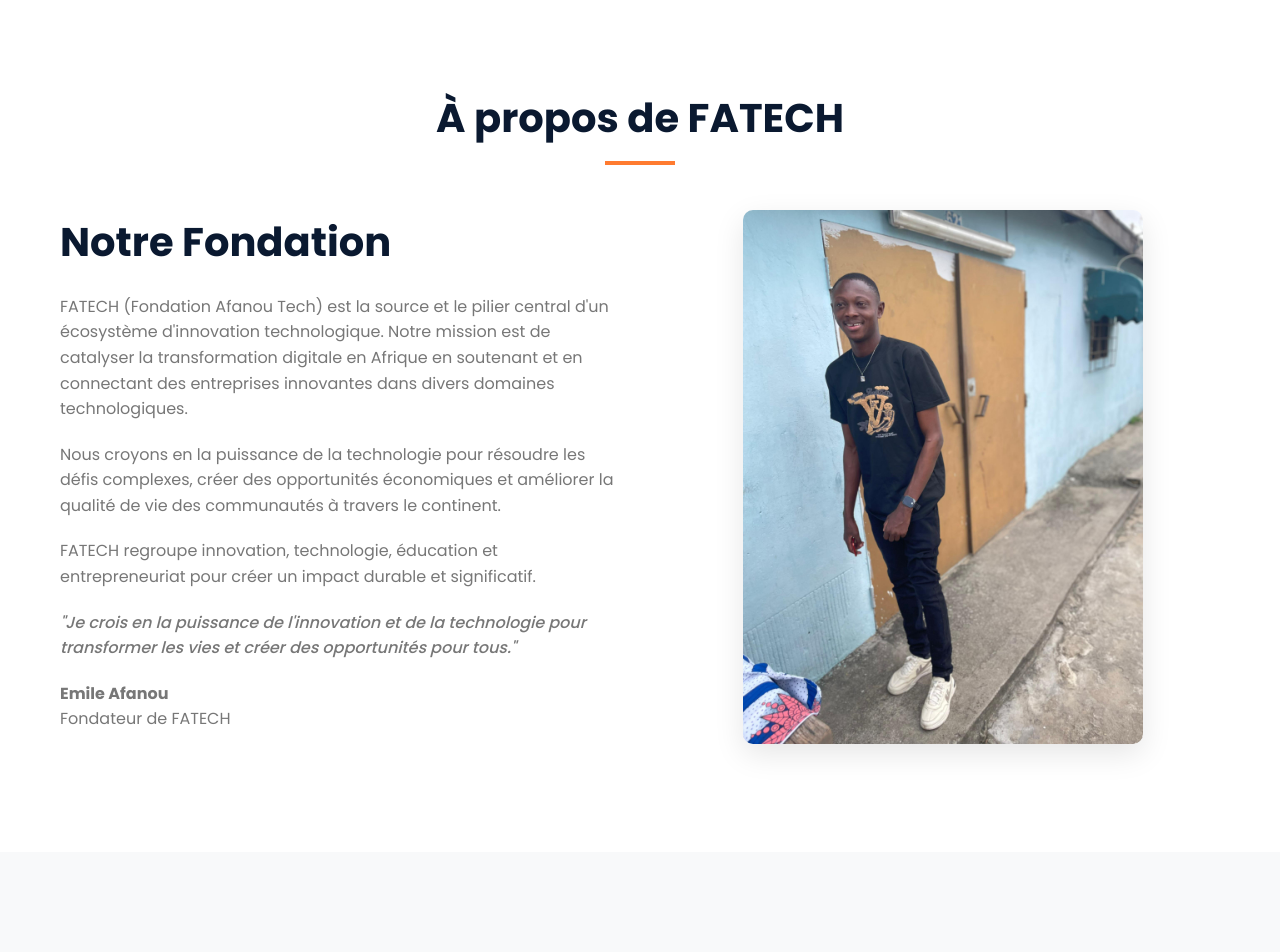
Repository: prestige225/fatech
Page: index.html
An editor plug-in stored every save of this project. The page is shown before and after the next save, followed by the edit.
The browser window is 1280 px wide. The pictures show the part of the page from y = 1931 to 2883 px (the page is 3796 px tall).
A picture or video elsewhere on the page could not be fetched, so the positions and the page height are approximate.

Above is the page before, as saved 2025-08-22 00:40:01.

### index.html


<!DOCTYPE html>
<html lang="fr">
<head>
    <meta charset="UTF-8">
    <meta name="viewport" content="width=device-width, initial-scale=1.0">
    <title>FATECH - Fondation Afanou Tech</title>
    <link rel="stylesheet" href="https://cdnjs.cloudflare.com/ajax/libs/font-awesome/6.4.0/css/all.min.css">
    <link href="https://fonts.googleapis.com/css2?family=Poppins:wght@300;400;500;600;700&display=swap" rel="stylesheet">
    <style>
        :root {
            --primary-blue: #0a1930;
            --secondary-blue: #162b4d;
            --accent-orange: #ff7b30;
            --light-bg: #f8f9fa;
            --white: #ffffff;
            --text-dark: #333;
            --text-light: #777;
        }

        * {
            margin: 0;
            padding: 0;
            box-sizing: border-box;
        }

        body {
            font-family: 'Poppins', sans-serif;
            line-height: 1.6;
            color: var(--text-dark);
            background-color: var(--light-bg);
        }

        a {
            text-decoration: none;
            color: inherit;
        }

        .container {
            width: 100%;
            max-width: 1200px;
            margin: 0 auto;
            padding: 0 20px;
        }

        /* Header */
        header {
            background: linear-gradient(rgba(10, 25, 48, 0.8), rgba(10, 25, 48, 0.8)), url('https://images.unsplash.com/photo-1518770660439-4636190af475?ixlib=rb-4.0.3') no-repeat center center/cover;
            color: var(--white);
            padding: 20px 0;
            position: fixed;
            width: 100%;
            top: 0;
            z-index: 1000;
            box-shadow: 0 2px 10px rgba(0, 0, 0, 0.1);
        }

        .header-container {
            display: flex;
            justify-content: space-between;
            align-items: center;
        }

        .logo {
            font-size: 1.8rem;
            font-weight: 700;
            display: flex;
            align-items: center;
        }

        .logo span {
            color: var(--accent-orange);
        }

        .nav-menu {
            display: flex;
            list-style: none;
        }

        .nav-menu li {
            margin-left: 30px;
        }

        .nav-menu a {
            font-weight: 500;
            transition: color 0.3s;
        }

        .nav-menu a:hover {
            color: var(--accent-orange);
        }

        .hamburger {
            display: none;
            cursor: pointer;
        }

        /* Hero Section */
        .hero {
            background: linear-gradient(rgba(10, 25, 48, 0.8), rgba(10, 25, 48, 0.8)), url('https://images.unsplash.com/photo-1517245386807-bb43f82c33c4?ixlib=rb-4.0.3') no-repeat center center/cover;
            height: 100vh;
            display: flex;
            align-items: center;
            color: var(--white);
            text-align: center;
            padding-top: 80px;
        }

        .hero-content {
            max-width: 800px;
            margin: 0 auto;
        }

        .hero h1 {
            font-size: 3.5rem;
            margin-bottom: 20px;
            animation: fadeInUp 1s ease;
        }

        .hero p {
            font-size: 1.2rem;
            margin-bottom: 30px;
            animation: fadeInUp 1.5s ease;
        }

        .btn {
            display: inline-block;
            background: var(--accent-orange);
            color: var(--white);
            padding: 12px 30px;
            border-radius: 30px;
            font-weight: 500;
            transition: all 0.3s;
            border: none;
            cursor: pointer;
            font-size: 1rem;
        }

        .btn:hover {
            background: #e56a20;
            transform: translateY(-3px);
            box-shadow: 0 10px 20px rgba(0, 0, 0, 0.1);
        }

        /* Section Titles */
        .section-title {
            text-align: center;
            margin-bottom: 60px;
            position: relative;
        }

        .section-title h2 {
            font-size: 2.5rem;
            color: var(--primary-blue);
            margin-bottom: 15px;
        }

        .section-title:after {
            content: '';
            position: absolute;
            bottom: -15px;
            left: 50%;
            transform: translateX(-50%);
            width: 70px;
            height: 4px;
            background: var(--accent-orange);
        }

        /* Companies Section */
        .companies {
            padding: 100px 0;
        }

        .companies-grid {
            display: grid;
            grid-template-columns: repeat(auto-fit, minmax(300px, 1fr));
            gap: 30px;
        }

        .company-card {
            background: var(--white);
            border-radius: 10px;
            overflow: hidden;
            box-shadow: 0 5px 15px rgba(0, 0, 0, 0.05);
            transition: transform 0.3s, box-shadow 0.3s;
            opacity: 0;
            transform: translateY(20px);
        }

        .company-card.visible {
            opacity: 1;
            transform: translateY(0);
        }

        .company-card:hover {
            transform: translateY(-10px);
            box-shadow: 0 15px 30px rgba(0, 0, 0, 0.1);
        }

        .company-logo {
            height: 150px;
            display: flex;
            align-items: center;
            justify-content: center;
            background: var(--light-bg);
            padding: 20px;
        }

        .company-logo img {
            max-width: 100%;
            max-height: 80px;
        }

        .company-info {
            padding: 25px;
        }

        .company-info h3 {
            font-size: 1.5rem;
            margin-bottom: 15px;
            color: var(--primary-blue);
        }

        .company-info p {
            color: var(--text-light);
            margin-bottom: 20px;
        }

        .company-btn {
            background: var(--primary-blue);
            color: var(--white);
            padding: 10px 20px;
            border-radius: 5px;
            transition: background 0.3s;
            display: inline-block;
        }

        .company-btn:hover {
            background: var(--secondary-blue);
        }

        /* About Section */
        .about {
            padding: 100px 0;
            background: var(--white);
        }

        .about-content {
            display: flex;
            align-items: center;
            gap: 50px;
        }

        .about-text {
            flex: 1;
        }

        .about-text h2 {
            font-size: 2.5rem;
            color: var(--primary-blue);
            margin-bottom: 20px;
        }

        .about-text p {
            margin-bottom: 20px;
            color: var(--text-light);
        }

        .signature {
            font-style: italic;
            color: var(--accent-orange);
            font-weight: 500;
            margin-top: 20px;
        }

        .about-image {
            flex: 1;
            text-align: center;
        }

        .about-image img {
            width: 100%;
            max-width: 400px;
            border-radius: 10px;
            box-shadow: 0 10px 30px rgba(0, 0, 0, 0.1);
        }

        /* Contact Section */
        .contact {
            padding: 100px 0;
            background: var(--light-bg);
        }

        .contact-form {
            max-width: 600px;
            margin: 0 auto;
            background: var(--white);
            padding: 40px;
            border-radius: 10px;
            box-shadow: 0 5px 15px rgba(0, 0, 0, 0.05);
        }

        .form-group {
            margin-bottom: 20px;
        }

        .form-group label {
            display: block;
            margin-bottom: 5px;
            color: var(--primary-blue);
            font-weight: 500;
        }

        .form-group input,
        .form-group textarea {
            width: 100%;
            padding: 12px 15px;
            border: 1px solid #ddd;
            border-radius: 5px;
            font-family: 'Poppins', sans-serif;
            font-size: 1rem;
        }

        .form-group textarea {
            min-height: 150px;
            resize: vertical;
        }

        .social-icons {
            display: flex;
            justify-content: center;
            margin-top: 30px;
            gap: 20px;
        }

        .social-icons a {
            display: flex;
            align-items: center;
            justify-content: center;
            width: 40px;
            height: 40px;
            background: var(--primary-blue);
            color: var(--white);
            border-radius: 50%;
            transition: all 0.3s;
        }

        .social-icons a:hover {
            background: var(--accent-orange);
            transform: translateY(-5px);
        }

        /* Footer */
        footer {
            background: var(--primary-blue);
            color: var(--white);
            padding: 30px 0;
            text-align: center;
        }

        /* Animations */
        @keyframes fadeInUp {
            from {
                opacity: 0;
                transform: translateY(20px);
            }
            to {
                opacity: 1;
                transform: translateY(0);
            }
        }

        /* Responsive Design */
        @media (max-width: 992px) {
            .about-content {
                flex-direction: column-reverse;
            }

            .about-image {
                margin-bottom: 30px;
            }

            .hero h1 {
                font-size: 2.8rem;
            }
        }

        @media (max-width: 768px) {
            .hamburger {
                display: block;
                font-size: 1.5rem;
            }

            .nav-menu {
                position: fixed;
                top: 80px;
                left: -100%;
                flex-direction: column;
                background: var(--primary-blue);
                width: 100%;
                height: calc(100vh - 80px);
                padding: 50px 0;
                transition: left 0.3s;
                z-index: 999;
            }

            .nav-menu.active {
                left: 0;
            }

            .nav-menu li {
                margin: 20px 0;
                text-align: center;
            }

            .hero h1 {
                font-size: 2.2rem;
            }

            .hero p {
                font-size: 1rem;
            }

            .section-title h2 {
                font-size: 2rem;
            }
        }

        @media (max-width: 576px) {
            .hero h1 {
                font-size: 1.8rem;
            }

            .btn {
                padding: 10px 20px;
            }

            .contact-form {
                padding: 20px;
            }
        }
    </style>
</head>
<body>
    <!-- Header -->
    <header>
        <div class="container header-container">
            <a href="#" class="logo">FA<span>TECH</span></a>
            <div class="hamburger">
                <i class="fas fa-bars"></i>
            </div>
            <ul class="nav-menu">
                <li><a href="#">Accueil</a></li>
                <li><a href="#about">À propos</a></li>
                <li><a href="#companies">Entreprises</a></li>
                <li><a href="#contact">Contact</a></li>
            </ul>
        </div>
    </header>

    <!-- Hero Section -->
    <section class="hero">
        <div class="container hero-content">
            <h1>FATECH – La source d'innovation et d'opportunités</h1>
            <p>Une fondation qui inspire et connecte toutes ses entreprises</p>
            <a href="#companies" class="btn">Découvrir nos entreprises</a>
        </div>
    </section>

    <!-- Companies Section -->
    <section id="companies" class="companies">
        <div class="container">
            <div class="section-title">
                <h2>Nos entreprises</h2>
            </div>
            <div class="companies-grid">
                <!-- Prestige Shop Express -->
                <div class="company-card">
                    <div class="company-logo">
                        <img src="images/montrant-panier-chariot-shopping-en-ligne-signe-graphique.jpg" alt="Prestige Shop Express">
                    </div>
                    <div class="company-info">
                        <h3>Prestige Shop Express</h3>
                        <p>Plateforme e-commerce moderne offrant une expérience d'achat en ligne exceptionnelle avec des produits de qualité et une livraison rapide.</p>
                        <a href="https://prestige-shop-express.onrender.com" target="_blank" class="company-btn">Visiter</a>
                    </div>
                </div>

                <!-- Afritech -->
                <div class="company-card">
                    <div class="company-logo">
                        <img src="images/concept-de-controle-qualite-standard-m.jpg" alt="Afritech">
                    </div>
                    <div class="company-info">
                        <h3>Afritech</h3>
                        <p>Solutions digitales et technologiques innovantes pour transformer les défis africains en opportunités grâce à la technologie.</p>
                        <a href="https://afritech.onrender.com" target="_blank" class="company-btn">Visiter</a>
                    </div>
                </div>

                <!-- Future Company 1 -->
                <div class="company-card">
                    <div class="company-logo">
                        <img src="images/chercheuse-biochimiste-africaine-verifiant-les-manifestations-du-vaccin-travaillant-dans-un-laboratoire-moderne-equipe-medecins-multiethniques-examinant-l-evolution-du-virus-a-l-aide-d-un-diagnostic-de-rech.jpg" alt="Entreprise Future">
                    </div>
                    <div class="company-info">
                        <h3>Innovation Lab</h3>
                        <p>Centre de recherche et développement dédié à l'exploration des technologies émergentes et à la création de solutions innovantes.</p>
                        <a href="#" class="company-btn">Bientôt disponible</a>
                    </div>
                </div>

                <!-- Future Company 2 -->
                <div class="company-card">
                    <div class="company-logo">
                        <img src="images/portrait-d-un-professeur-au-travail-dans-le-systeme-educatif.jpg" alt="Entreprise Future">
                    </div>
                    <div class="company-info">
                        <h3>Tech Academy</h3>
                        <p>Programme de formation d'excellence visant à développer les talents technologiques de demain à travers l'Afrique.</p>
                        <a href="#" class="company-btn">Bientôt disponible</a>
                    </div>
                </div>

                <!-- Future Company 3 -->
                <div class="company-card">
                    <div class="company-logo">
                        <img src="images/plant-growing-from-soil.jpg" alt="Entreprise Future">
                    </div>
                    <div class="company-info">
                        <h3>GreenTech Solutions</h3>
                        <p>Entreprise dédiée au développement de technologies durables et respectueuses de l'environnement pour un avenir meilleur.</p>
                        <a href="#" class="company-btn">Bientôt disponible</a>
                    </div>
                </div>

                <!-- Future Company 4 -->
                <div class="company-card">
                    <div class="company-logo">
                        <img src="images/medium-shot-student-with-smartphone.jpg" alt="Entreprise Future">
                    </div>
                    <div class="company-info">
                        <h3>AfriConnect</h3>
                        <p>Plateforme de connectivité visant à réduire la fracture numérique en Afrique grâce à des solutions internet innovantes et accessibles.</p>
                        <a href="#" class="company-btn">Bientôt disponible</a>
                    </div>
                </div>
            </div>
        </div>
    </section>

    <!-- About Section -->
    <section id="about" class="about">
        <div class="container">
            <div class="section-title">
                <h2>À propos de FATECH</h2>
            </div>
            <div class="about-content">
                <div class="about-text">
                    <h2>Notre Fondation</h2>
                    <p>FATECH (Fondation Afanou Tech) est la source et le pilier central d'un écosystème d'innovation technologique. Notre mission est de catalyser la transformation digitale en Afrique en soutenant et en connectant des entreprises innovantes dans divers domaines technologiques.</p>
                    <p>Nous croyons en la puissance de la technologie pour résoudre les défis complexes, créer des opportunités économiques et améliorer la qualité de vie des communautés à travers le continent.</p>
                    <p>FATECH regroupe innovation, technologie, éducation et entrepreneuriat pour créer un impact durable et significatif.</p>
                    <p class="signature">"Je crois en la puissance de l'innovation et de la technologie pour transformer les vies et créer des opportunités pour tous."</p>
                    <p><strong>Emile Afanou</strong><br>Fondateur de FATECH</p>
                </div>
                <div class="about-image">
                    <img src="images/emile.jpg" alt="Emile Afanou - Fondateur de FATECH">
                </div>
            </div>
        </div>
    </section>

    <!-- Contact Section -->
    <section id="contact" class="contact">
        <div class="container">
            <div class="section-title">
                <h2>Contactez-nous</h2>
            </div>
            <div class="contact-form">
                <form id="contactForm">
                    <div class="form-group">
                        <label for="name">Nom complet</label>
                        <input type="text" id="name" name="name" required>
                    </div>
                    <div class="form-group">
                        <label for="email">Adresse email</label>
                        <input type="email" id="email" name="email" required>
                    </div>
                    <div class="form-group">
                        <label for="message">Message</label>
                        <textarea id="message" name="message" required></textarea>
                    </div>
                    <button type="submit" class="btn">Envoyer le message</button>
                </form>
                <div class="social-icons">
                    <a href="#"><i class="fab fa-facebook-f"></i></a>
                    <a href="#"><i class="fab fa-twitter"></i></a>
                    <a href="#"><i class="fab fa-linkedin-in"></i></a>
                    <a href="#"><i class="fab fa-instagram"></i></a>
                </div>
            </div>
        </div>
    </section>

    <!-- Footer -->
    <footer>
        <div class="container">
            <p>&copy; 2025 FATECH - Fondation Afanou Tech. Tous droits réservés.</p>
        </div>
    </footer>

    <script>
        // Mobile Menu Toggle
        const hamburger = document.querySelector('.hamburger');
        const navMenu = document.querySelector('.nav-menu');

        hamburger.addEventListener('click', () => {
            navMenu.classList.toggle('active');
            hamburger.innerHTML = navMenu.classList.contains('active') ?
                '<i class="fas fa-times"></i>' : '<i class="fas fa-bars"></i>';
        });

        // Close mobile menu when clicking on a link
        document.querySelectorAll('.nav-menu a').forEach(link => {
            link.addEventListener('click', () => {
                navMenu.classList.remove('active');
                hamburger.innerHTML = '<i class="fas fa-bars"></i>';
            });
        });

        // Scroll animations for company cards
        const companyCards = document.querySelectorAll('.company-card');

        function checkScroll() {
            companyCards.forEach(card => {
                const cardPosition = card.getBoundingClientRect().top;
                const screenPosition = window.innerHeight / 1.3;

                if (cardPosition < screenPosition) {
                    card.classList.add('visible');
                }
            });
        }

        // Initial check and then on scroll
        checkScroll();
        window.addEventListener('scroll', checkScroll);

        // Form submission
        document.getElementById('contactForm').addEventListener('submit', function(e) {
            e.preventDefault();
            alert('Merci pour votre message! Nous vous répondrons très soon.');
            this.reset();
        });
    </script>
</body>
</html>

After the next save:
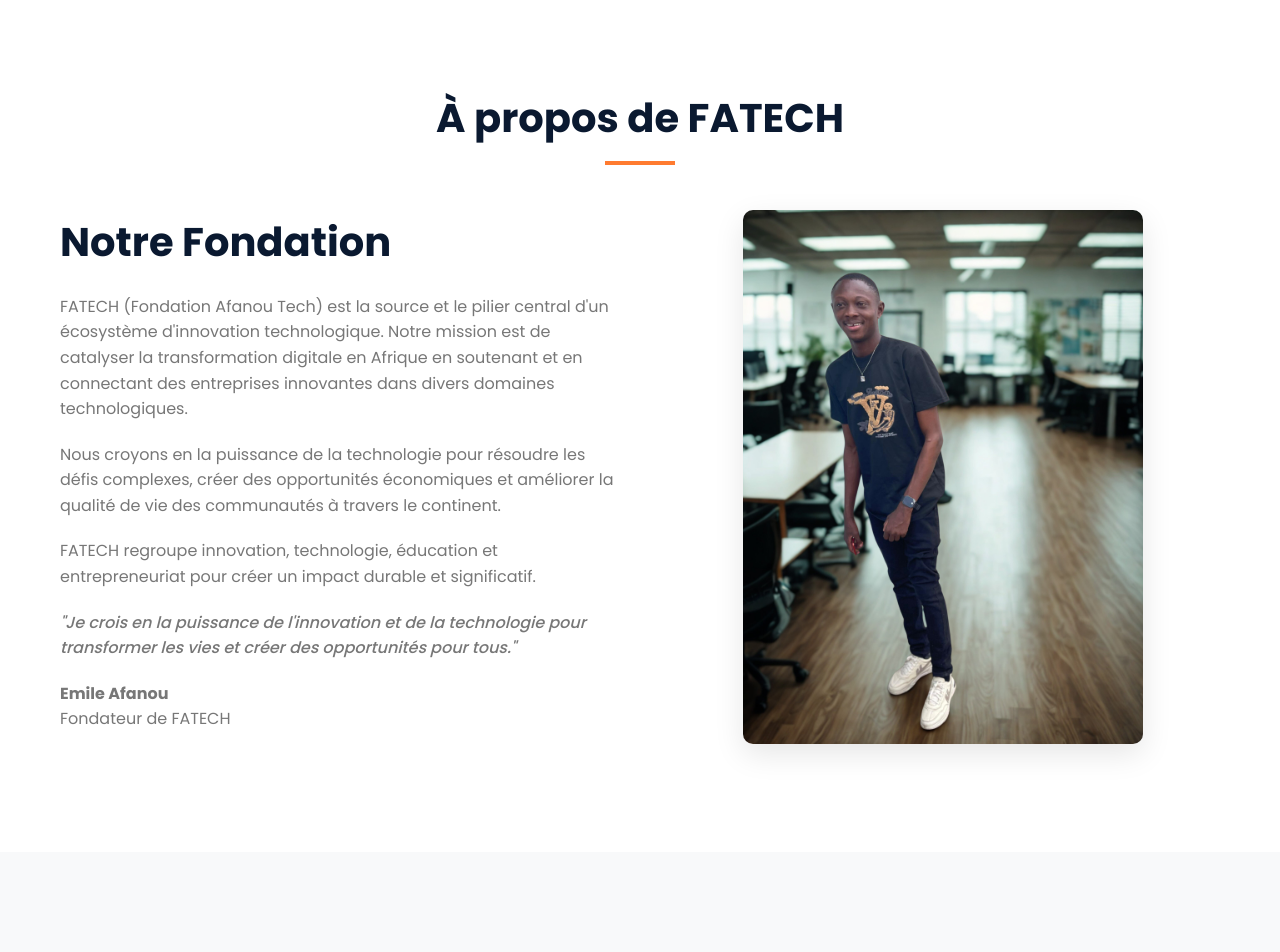
Saved 32 h 37 min later.
--- a/index.html
+++ b/index.html
@@ -566,7 +566,7 @@
                     <p><strong>Emile Afanou</strong><br>Fondateur de FATECH</p>
                 </div>
                 <div class="about-image">
-                    <img src="images/emile.jpg" alt="Emile Afanou - Fondateur de FATECH">
+                    <img src="images/PDG de fatech.jpg" alt="Emile Afanou - Fondateur de FATECH">
                 </div>
             </div>
         </div>
